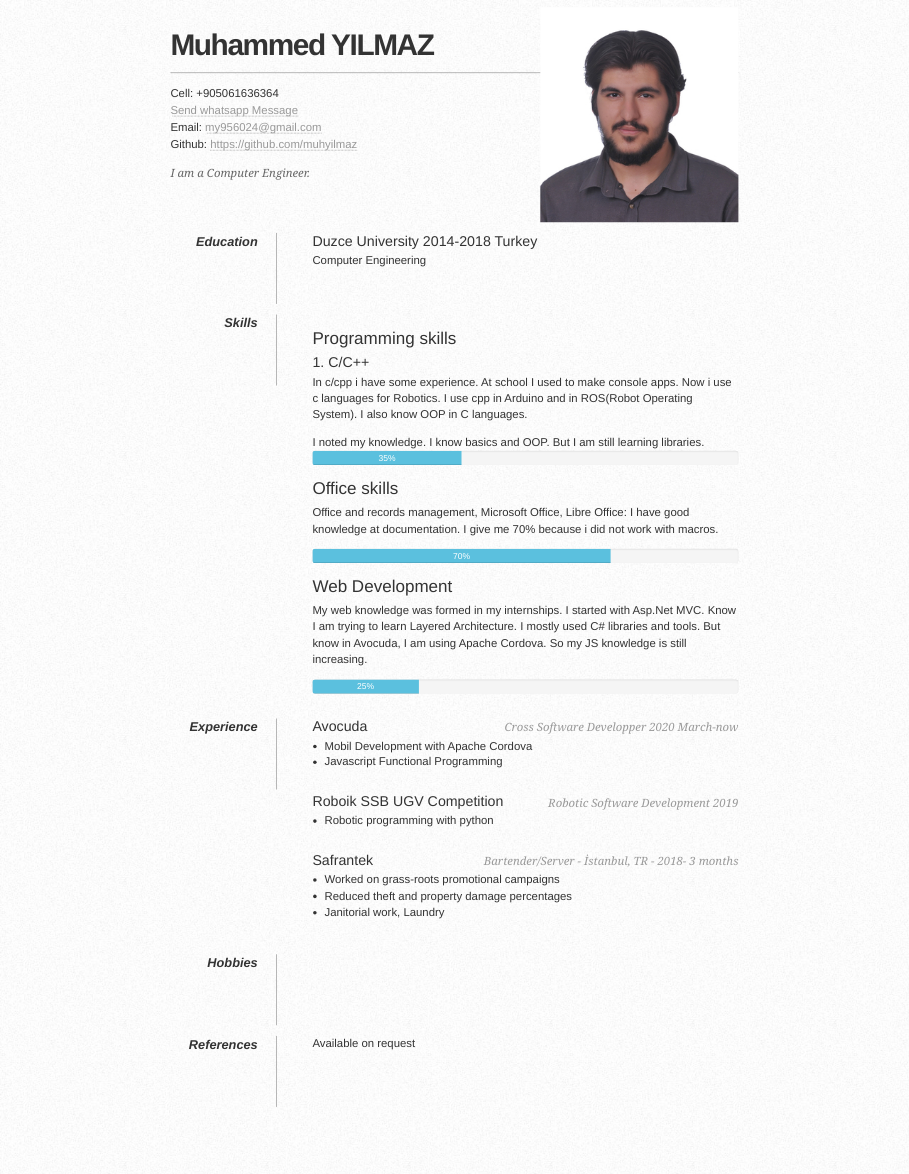
Repository: muhyilmaz/muhyilmaz.github.io
Page: index.html
These files come from the project's save history. The page is drawn as it stood at one moment and after the next save; the edit follows.
The browser window is 1280 px wide. The pictures show the whole page, at 71% of full size.

Above is the page before, as saved 2020-06-08 18:39:49.

### index.html
<!DOCTYPE html PUBLIC "-//W3C//DTD XHTML 1.0 Strict//EN"
"http://www.w3.org/TR/xhtml1/DTD/xhtml1-strict.dtd">

<html xmlns="http://www.w3.org/1999/xhtml" xml:lang="en" lang="en">

<head>

     <meta http-equiv="Content-Type" content="text/html; charset=utf-8"/>
     <meta name="viewport" content="width=device-width, initial-scale=1">
     <link rel="stylesheet" href="https://maxcdn.bootstrapcdn.com/bootstrap/3.4.1/css/bootstrap.min.css">
     <script src="https://ajax.googleapis.com/ajax/libs/jquery/3.5.1/jquery.min.js"></script>
     <script src="https://maxcdn.bootstrapcdn.com/bootstrap/3.4.1/js/bootstrap.min.js"></script>

     <title>MUHAMMED YILMAZ</title>

     <style type="text/css">
        * { margin: 0; padding: 0; }
        body { font: 16px Helvetica, Sans-Serif; line-height: 24px; background: url(images/noise.jpg); }
        .clear { clear: both; }
        #page-wrap { width: 800px; margin: 40px auto 60px; }
        #pic { float: right; margin: -30px 0 0 0; }
        h1 { margin: 0 0 16px 0; padding: 0 0 16px 0; font-size: 42px; font-weight: bold; letter-spacing: -2px; border-bottom: 1px solid #999; }
        h2 { font-size: 20px; margin: 0 0 6px 0; position: relative; }
        h2 span { position: absolute; bottom: 0; right: 0; font-style: italic; font-family: Georgia, Serif; font-size: 16px; color: #999; font-weight: normal; }
        p { margin: 0 0 16px 0; }
        a { color: #999; text-decoration: none; border-bottom: 1px dotted #999; }
        a:hover { border-bottom-style: solid; color: black; }
        ul { margin: 0 0 32px 17px; }
        #objective { width: 500px; float: left; }
        #objective p { font-family: Georgia, Serif; font-style: italic; color: #666; }
        dt { font-style: italic; font-weight: bold; font-size: 18px; text-align: right; padding: 0 26px 0 0; width: 150px; float: left; height: 100px; border-right: 1px solid #999;  }
        dd { width: 600px; float: right; }
        dd.clear { float: none; margin: 0; height: 15px; }
     </style>
</head>

<body>

    <div id="page-wrap">

        <img src="images/profileres.jpg" alt="Photo of Cthulu" id="pic" />

        <div id="contact-info" class="vcard">

            <!-- Microformats! -->

            <h1 class="fn">Muhammed YILMAZ</h1>

            <p>
                Cell: <span class="tel">+905061636364</span><br />
                <a href="https://api.whatsapp.com/send?phone=905061636364">Send whatsapp Message</a><br />
                Email: <a class="email" href="mailto:my956024@gmail.com">my956024@gmail.com</a><br />
                Github: <a href="https://github.com/muhyilmaz">https://github.com/muhyilmaz</a>
            </p>
        </div>

        <div id="objective">
            <p>
                I am a Computer Engineer.
            </p>
        </div>

        <div class="clear"></div>

        <dl>
            <dd class="clear"></dd>

            <dt>Education</dt>
            <dd>
                <h2>Duzce University 2014-2018 Turkey</h2>
                <p> Computer Engineering </br>

				</p>
            </dd>

            <dd class="clear"></dd>

            <dt>Skills</dt>
            <dd>
                <!---
				<h2>Office skills</h2>
                <p>Office and records management, database administration, event organization, customer support, travel coordination</p>

                <h2>Computer skills</h2>
                <p>Microsoft productivity software (Word, Excel, etc), Adobe Creative Suite, Windows</p>
				-->
				<h3>Programming skills</h3>
				<h2>1. C/C++</h2>
                <p>In c/cpp i have some experience. At school I used to make console apps. Now i use c languages for Robotics. I use cpp in Arduino and in ROS(Robot Operating System). I also know OOP in C languages. </p>
                I noted my knowledge. I know basics and OOP. But I am still learning libraries.
                <div class="progress">
                    <div class="progress-bar progress-bar-info" role="progressbar" aria-valuenow="60" aria-valuemin="0" aria-valuemax="100" style="width:35%">
                        35%
                    </div>
                  </div>
				<h3>Office skills</h3>
                <p>Office and records management, Microsoft Office, Libre Office: I have good knowledge at documentation. I give me 70% because i did not work with macros.</p>
                <div class="progress">
                    <div class="progress-bar progress-bar-info" role="progressbar" aria-valuenow="60" aria-valuemin="0" aria-valuemax="100" style="width:70%">
                        70%
                    </div>
                  </div>

                  <h3>Web Development</h3>
                <p>My web knowledge was formed in my internships. I started with Asp.Net MVC. Know I am trying to learn Layered Architecture. I mostly used C# libraries and tools. But know in Avocuda, I am using Apache Cordova. So my JS knowledge is still increasing. </p>
                <div class="progress">
                    <div class="progress-bar progress-bar-info" role="progressbar" aria-valuenow="60" aria-valuemin="0" aria-valuemax="100" style="width:25%">
                        25%
                    </div>
                  </div>
			</dd>

            <dd class="clear"></dd>

            <dt>Experience</dt>
            <dd>
                <h2>Avocuda <span>Cross Software Developper 2020 March-now</span></h2>
                <ul>
                    <li> Mobil Development with Apache Cordova</li>
					<li> Javascript Functional Programming</li>

                </ul>
                <h2>Roboik SSB UGV Competition <span>Robotic Software Development 2019</span></h2>
                <ul>
                    <li>Robotic programming with python</li>

                </ul>
                <h2>Safrantek <span>Bartender/Server - İstanbul, TR - 2018- 3 months</span></h2>
                <ul>
                    <li>Worked on grass-roots promotional campaigns</li>
                    <li>Reduced theft and property damage percentages</li>
                    <li>Janitorial work, Laundry</li>
                </ul>
            </dd>

            <dd class="clear"></dd>

            <dt>Hobbies</dt>
            <dd></dd>

            <dd class="clear"></dd>

            <dt>References</dt>
            <dd>Available on request</dd>

            <dd class="clear"></dd>
        </dl>

        <div class="clear"></div>

    </div>

</body>

</html>

After the next save:
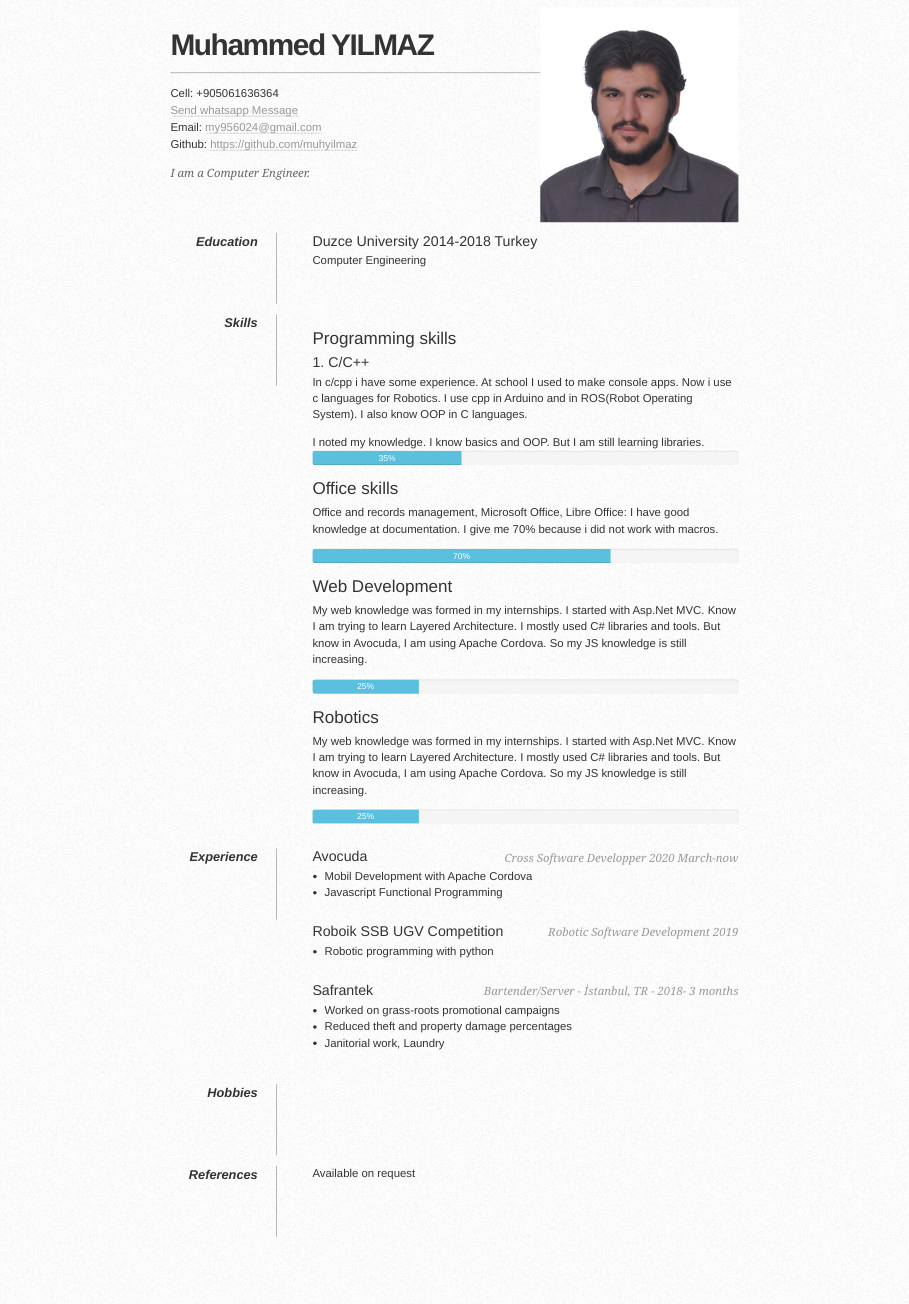
Saved 29 s later.
--- a/index.html
+++ b/index.html
@@ -108,6 +108,14 @@
                         25%
                     </div>
                   </div>
+
+                  <h3>Robotics</h3>
+                <p>My web knowledge was formed in my internships. I started with Asp.Net MVC. Know I am trying to learn Layered Architecture. I mostly used C# libraries and tools. But know in Avocuda, I am using Apache Cordova. So my JS knowledge is still increasing. </p>
+                <div class="progress">
+                    <div class="progress-bar progress-bar-info" role="progressbar" aria-valuenow="60" aria-valuemin="0" aria-valuemax="100" style="width:25%">
+                        25%
+                    </div>
+                  </div>
 			</dd>
 
             <dd class="clear"></dd>
